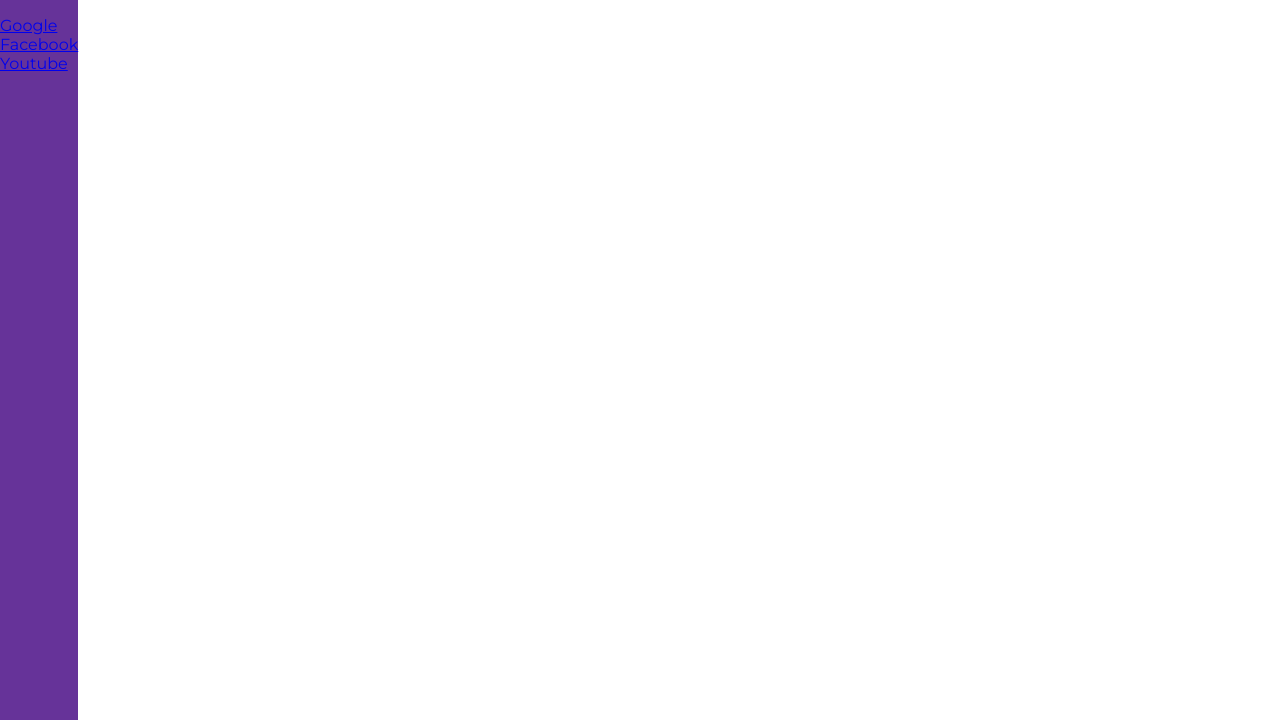
Repository: kate30980/js-practice
Page: hambuger-button/index.html
An editor plug-in stored every save of this project. The page is shown before and after the next save, followed by the edit.
The browser window is 1280 px wide. The pictures show the whole page.

Above is the page before, as saved 2021-08-28 22:14:34.

### hambuger-button/index.html
<!DOCTYPE html>
<html lang="en">

<head>
    <meta charset="UTF-8">
    <meta http-equiv="X-UA-Compatible" content="IE=edge">
    <meta name="viewport" content="width=device-width, initial-scale=1.0">
    <title>Hambuger Button</title>
    <script type="module" src="https://unpkg.com/ionicons@5.5.2/dist/ionicons/ionicons.esm.js"></script>
    <script nomodule src="https://unpkg.com/ionicons@5.5.2/dist/ionicons/ionicons.js"></script>
    <link rel="stylesheet" href="style.css">
    <script src="script.js" defer></script>
</head>

<body>
    <button>
        <ion-icon name="reorder-four-outline"></ion-icon>
    </button>

    <nav>
        <ul>
            <li><a href="#">Google</a></li>
            <li><a href="#">Facebook</a></li>
            <li><a href="#">Youtube</a></li>
        </ul>
    </nav>
</body>

</html>

### hambuger-button/style.css
@import url('https://fonts.googleapis.com/css2?family=Montserrat:wght@300;400;600;700&display=swap');
*{
    box-sizing: border-box;
}
body{
    display: flex;
    align-items: center;
    justify-content: center;
    font-family: 'Montserrat', sans-serif;
    margin: 0;
    min-height:100vh;
}
button{
    background-color: rebeccapurple;
    border:none;color:white;
    position: fixed;
    top: 20px;
    left: 20px;

}
nav{
    background-color:rebeccapurple;
    position: fixed;
    top: 0;
    left: 0;
    height: 100vh;
}
nav ul{
    padding: 0;
    list-style-type: none;
}

Loaded but not shown: hambuger-button/script.js (no stored copy; drawn as an empty file)

After the next save:
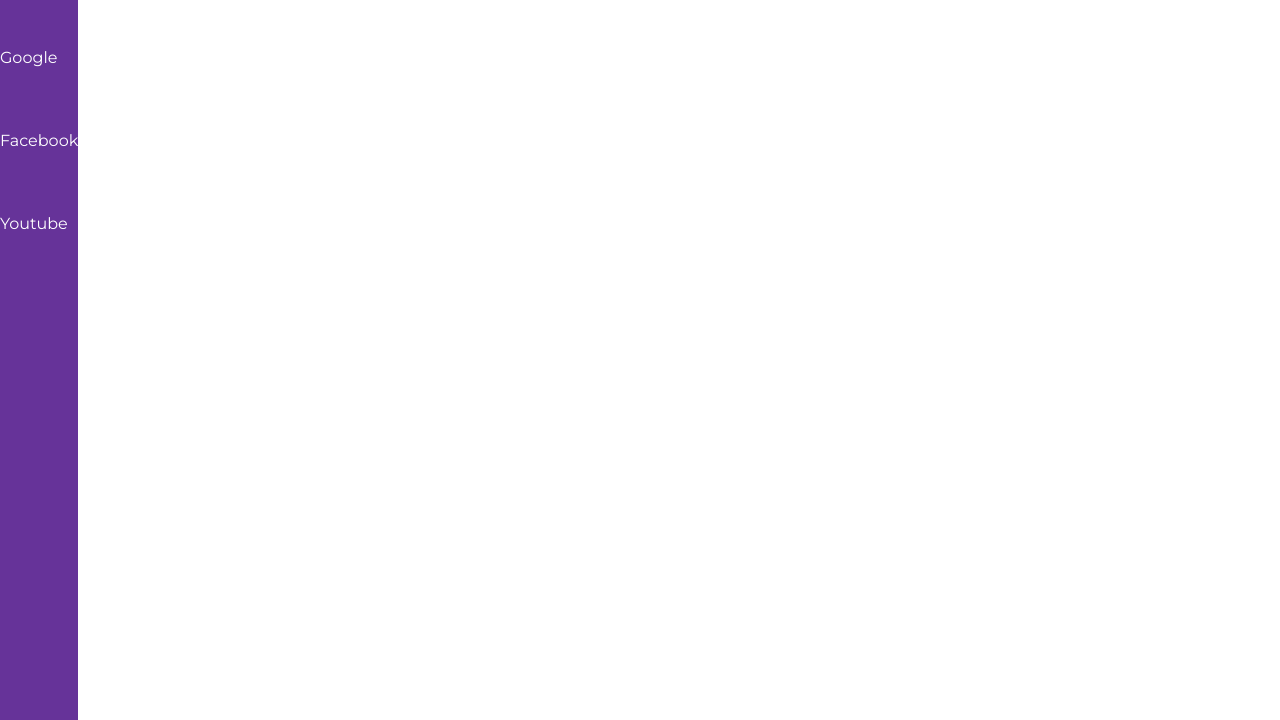
Saved 47 s later.
--- a/hambuger-button/style.css
+++ b/hambuger-button/style.css
@@ -29,3 +29,10 @@
     padding: 0;
     list-style-type: none;
 }
+nav ul li{
+    padding: 2rem 0;
+}
+nav a{
+    color: white;
+    text-decoration: none;
+}
